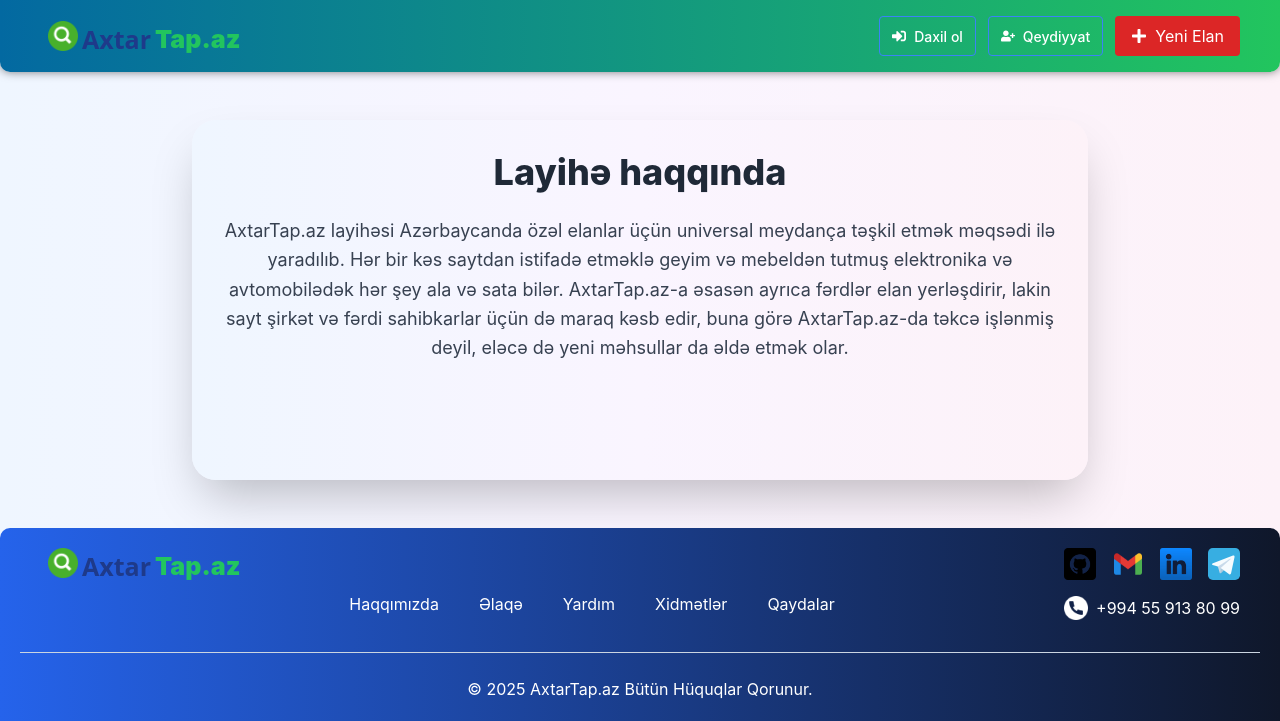
Repository: Omur56/AxtarTap.az
Page: /about
The author's editor kept a copy of each file at every save. The page is drawn from the files as they stood at one save, then again after a run of saves.
The browser window is 1280 px wide. The pictures show the whole page.
The project was rebuilt for these pictures with package versions that can differ from the ones it lists, and the page was loaded fresh each time. Some packages were replaced by stand-ins written for this rebuild. Also part of the build but not shown: src/pages/Katalog/Cateqories/index.jsx, src/pages/Katalog/index.jsx, src/pages/Contact/index.jsx, src/pages/Qaydalar/index.jsx, src/pages/Yardım/index.jsx, src/pages/Xidmetler/index.jsx, src/pages/Home/index.jsx, src/components/CreatePostNeqliyyat/index.jsx and 32 more.

Above is the page before, as saved 2025-08-21 19:35:44.

After the next 2 saves:
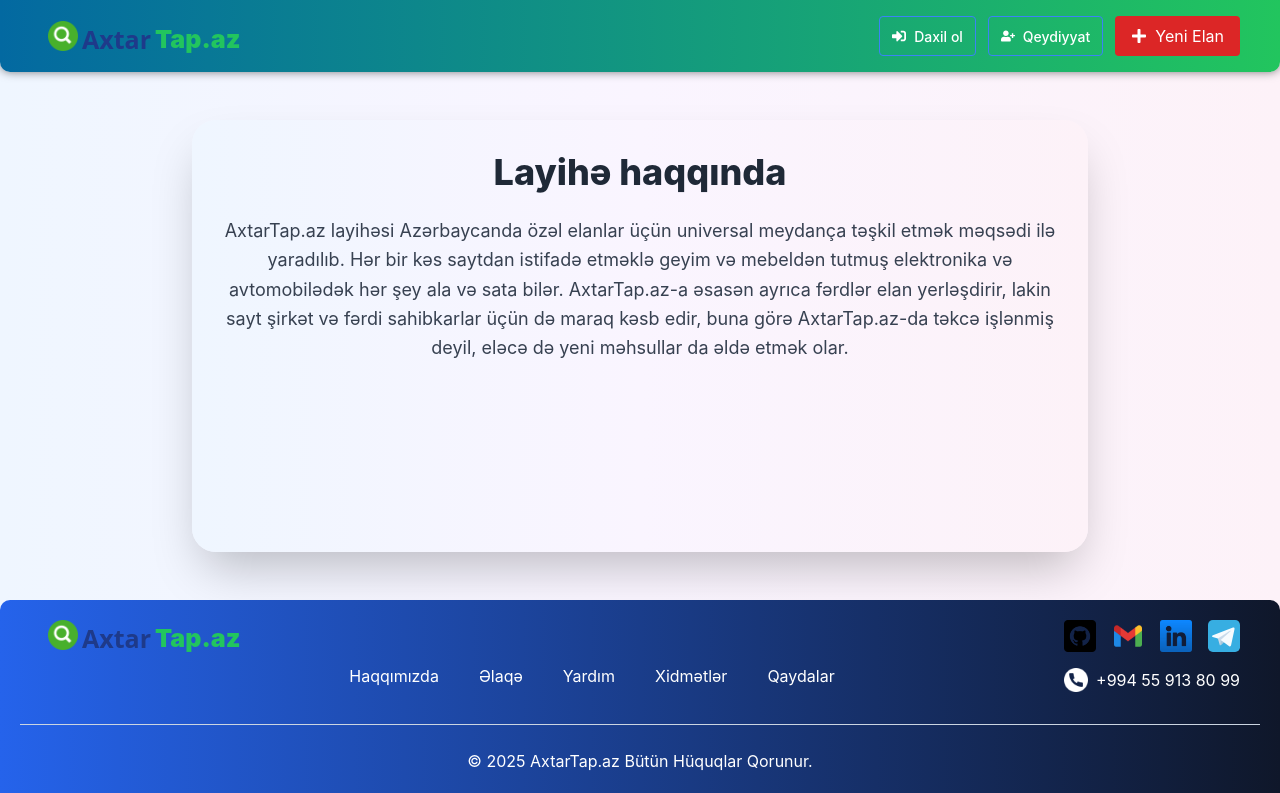
The 2 saves are shown as one change because they came seconds apart.
The last was saved 31 s later.
--- a/src/pages/About/index.jsx
+++ b/src/pages/About/index.jsx
@@ -8,7 +8,7 @@ return( <div>
 
 
 
-<div className="max-w-4xl mx-auto p-8 mt-12 mb-12 min-h-[50vh] bg-gradient-to-r from-blue-50 via-purple-50 to-pink-50 rounded-3xl shadow-2xl">
+<div className="max-w-4xl mx-auto p-8 mt-12 mb-12 min-h-[60vh] bg-gradient-to-r from-blue-50 via-purple-50 to-pink-50 rounded-3xl shadow-2xl">
   <h2 className="text-4xl font-extrabold text-gray-800 mb-6 text-center">Layihə haqqında</h2>
 
   <p className="text-gray-700 text-lg leading-relaxed text-center">
